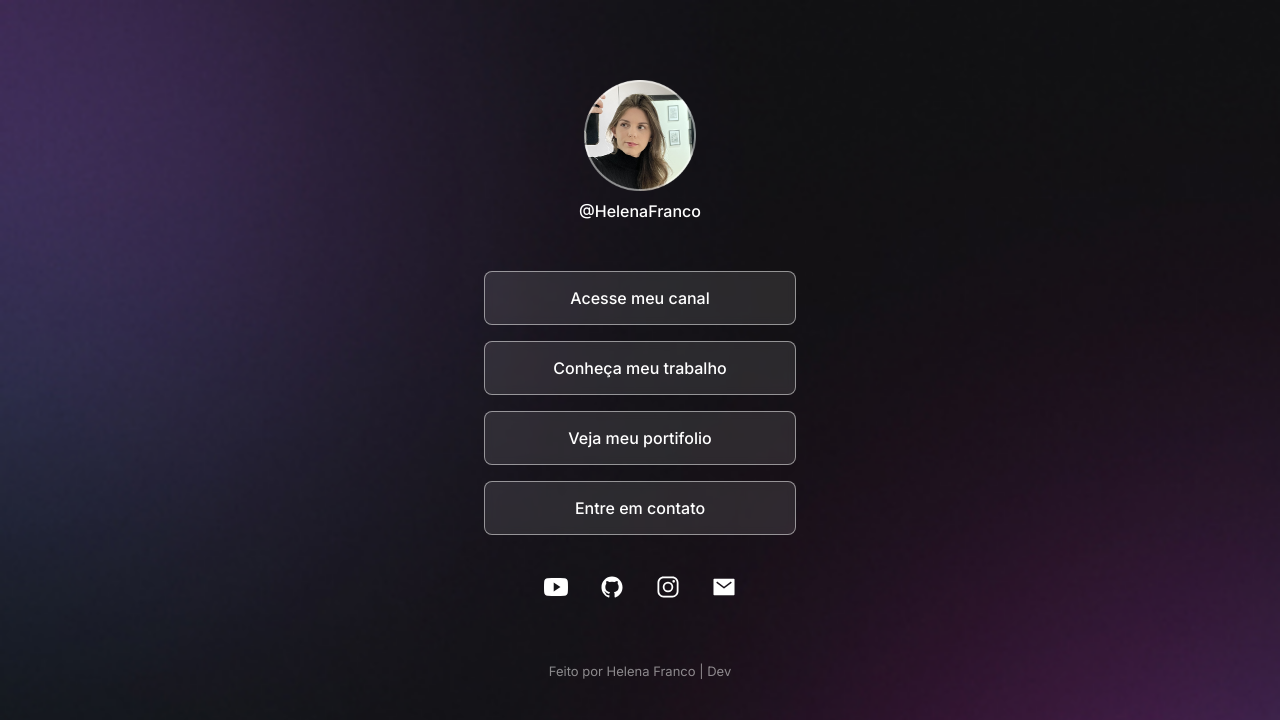
Repository: Fr4nc021/Pagina-de-links-
Page: index.html
An editor plug-in stored every save of this project. The page is shown before and after the next save, followed by the edit.
The browser window is 1280 px wide. The pictures show the whole page.

Above is the page before, as saved 2025-02-13 20:46:40.

### index.html
<!DOCTYPE html>
<html lang="pt-br">
<head>
    <link rel="preconnect" href="https://fonts.googleapis.com">
    <link rel="preconnect" href="https://fonts.gstatic.com" crossorigin>
    <link href="https://fonts.googleapis.com/css2?family=Inter:ital,opsz,wght@0,14..32,100..900;1,14..32,100..900&display=swap" rel="stylesheet">
    <meta charset="UTF-8">
    <meta name="viewport" content="width=device-width, initial-scale=1.0">
    <title>DevLinks</title>
    <link rel="stylesheet" href="style.css">
</head>
<body>
    <div id="container">
    <div id="profile">
    <img
        src="./assets/avatar.png"
        alt="Foto da Helena Franco sorrindo">
        <p>@HelenaFranco</p>
    </div>
    <div>
        <ul>
            <li>
                <a href="#" target="_blank">Acesse meu canal</a>
            </li>
            <li>
                <a href="#" target="_blank">Conheça meu trabalho</a>
            </li>
            <li>
                <a href="#" target="_blank">Veja meu portifolio</a>
            </li>
            <li>
                <a href="#" target="_blank">Entre em contato</a>
            </li>
        </ul>
    </div>
        <div id="social-links">
            <a href="https://www.youtube.com/@FR4NC021" target="_blank">
            <ion-icon name="logo-youtube"></ion-icon></a>

            <a href="https://github.com/Fr4nc021" target="_blank">
            <ion-icon name="logo-github"></ion-icon></a>

            <a href="https://www.instagram.com/h.franco__/" target="_blank">
            <ion-icon name="logo-instagram"></ion-icon></a>

            <a href="https://w.app/doczx7" target="_blank">
            <ion-icon name="mail-sharp"></ion-icon></a>
        </div>

        <footer>
            Feito por Helena Franco | Dev
        </footer>
    </div>
    <script
    type="module"
    src="https://unpkg.com/ionicons@7.1.0/dist/ionicons/ionicons.esm.js" ></script>
<script
nomodule
src = "https://unpkg.com/ionicons@7.1.0/dist/ionicons/ionicons.js" ></script>
</body>
</html>

### style.css
* {
    margin: 0%;
    padding: 0%;
    box-sizing: border-box;
}


body {
background: url(./assets/bg-mobile.jpg) no-repeat top center/cover;
}

body * {
        font-family: "Inter", sans-serif;
        color: #ffffff;
      }

#container {
    width: 360px;
    margin: 56px auto 0px;
    padding: 0 24px;
}

#profile img {
    width: 112px;
    display: block;
    margin: auto;

}

#profile {
    text-align: center;
    padding: 24px;
}

#profile p {
    font-weight: 500;
    line-height: 24px;
    margin-top: 8px;
}

/* Links */

ul{
    list-style: none;
    display: flex;
    flex-direction: column;
    gap: 16px;

    padding: 24px 0;
}

ul li a {

        display: flex;
        align-items: center;
        justify-content: center;

        padding: 16px 24px;

        background: rgba(255, 255,255, 0.1);
        border: 1px solid rgba(255, 255, 255, 0.5);
        border-radius: 8px;

        -webkit-backdrop-filter: blur(4px);
        backdrop-filter: blur(4px);

        text-decoration: none;
        font-weight: 500;

        transition: background 0.2s;
    }

    /* pseudo-selector */

    ul li a:hover {
        background: rgba(255, 255, 255, 0.05);
        border: 1.5px solid white;
    }

    #social-links {
        display: flex;
        justify-content: center;

        margin-top: 24px 0;

        font-size:24px;
    }

    #social-links a {
        display: flex;
        align-items: center;
        justify-content: center;
        padding: 16px;

        transition: 0.2s;
        border-radius: 50%;
    }


    #social-links a:hover {
        background: rgba(255, 255, 255, 0.2);
    }

    footer {
        padding: 24px;
        text-align: center;
        margin-top: 24px;
        font-size: small;
        opacity: 0.5;

    }

After the next save:
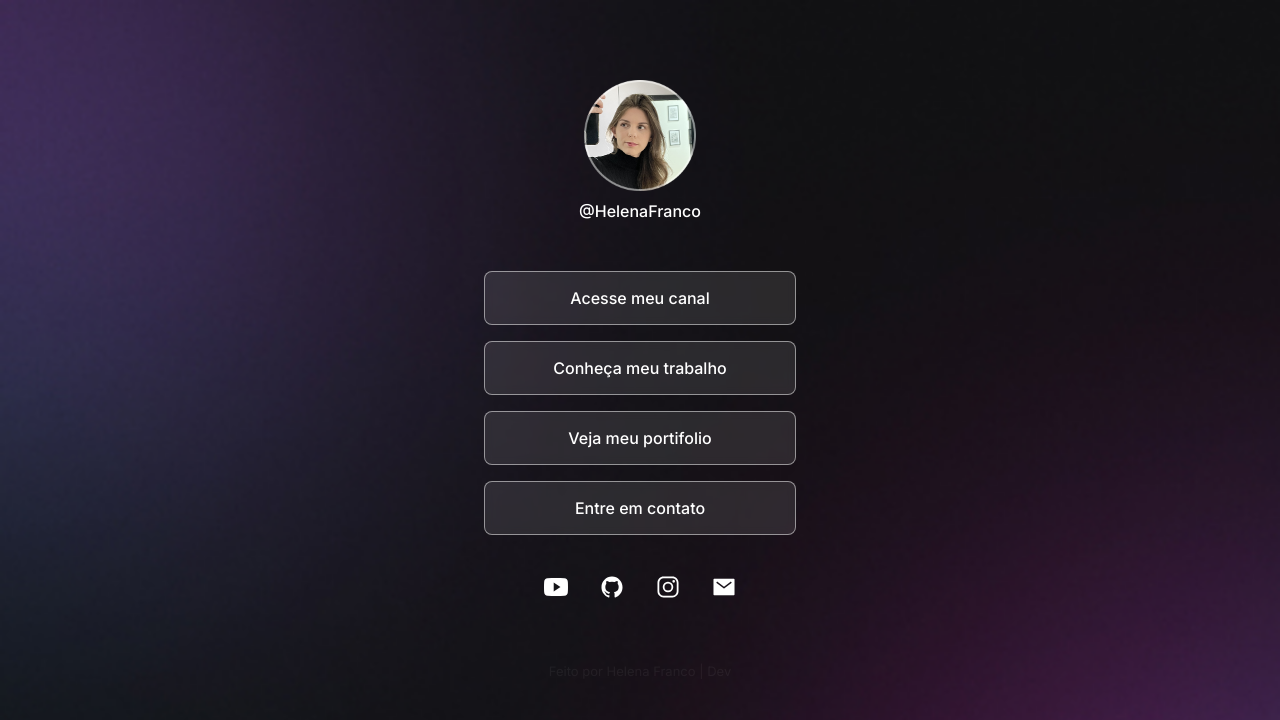
Saved 5 s later.
--- a/style.css
+++ b/style.css
@@ -106,6 +106,6 @@ ul li a {
         text-align: center;
         margin-top: 24px;
         font-size: small;
-        opacity: 0.5;
+        opacity: 0.05;
 
     }
